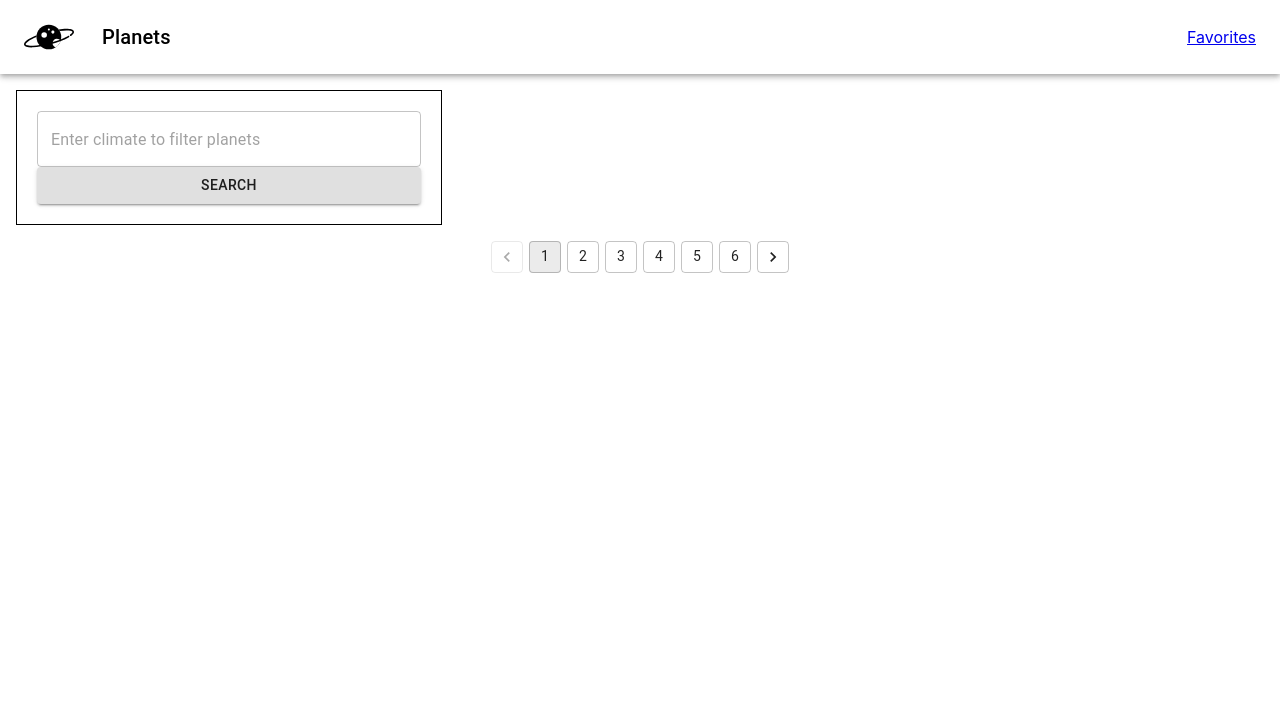
Repository: samridhie01/assignment
Page: /
The author's editor kept a copy of each file at every save. The page is drawn from the files as they stood at one save, then again after the next save.
The browser window is 1280 px wide. The pictures show the whole page.
The page's requests for data from a server got no answer. The project was rebuilt for these pictures with package versions that can differ from the ones it lists, and the page was loaded fresh each time. A package was used in the major version that the imports need, not the one package.json lists. No one was signed in, and anything a server would have sent is missing. Also part of the build but not shown: src/components/planets/PlanetTile.tsx, src/components/planets/Planets.tsx, src/components/details/SpecificPlanetRetrievalService.ts, src/components/details/Details.tsx, src/components/favorites/Favorites.tsx.

Above is the page before, as saved 2020-08-21 19:03:33.

### src/index.tsx
import React from 'react';
import ReactDOM from 'react-dom';
import './index.css';
import App from './components/app/App';
import * as serviceWorker from './serviceWorker';
import { BrowserRouter } from 'react-router-dom';
import { Provider } from 'react-redux';
import rootReducer from './reducers';
import { createStore } from 'redux';
import store from "../src/store/index"
import { addPlanetData } from './actions';



ReactDOM.render(
  <React.StrictMode>

    <BrowserRouter>
    <Provider store={store}>
    <App />
    </Provider>
    </BrowserRouter>

  </React.StrictMode>,
  document.getElementById('root')
);

// If you want your app to work offline and load faster, you can change
// unregister() to register() below. Note this comes with some pitfalls.
// Learn more about service workers: https://bit.ly/CRA-PWA
serviceWorker.unregister();

### src/components/app/App.tsx
import React, { useEffect, useState } from "react";
import { Route, Switch } from "react-router-dom";
import HomePage from "../homePage/HomePage";
import Details from "../details/Details";
import Favorites from "../favorites/Favorites";
import { PlanetData } from "../module/types";

const App = () => {
  const [favs, setFavs] = useState<PlanetData[]>([]);

  const addToFavs = (data: any) => {
    if(favs.includes(data)){
      return;
    }
      let newArr = [...favs, data];
      setFavs(newArr);
  };

  return (
    <main>
      <Switch>
        <Route
          exact
          path="/"
          render={() => <HomePage handleAddToFavs={addToFavs} />}
        />
        <Route path="/details" component={Details} />
        <Route path="/favs" render={() => <Favorites listOfFavs={favs} />} />
      </Switch>
    </main>
  );
};
export default App;

### src/store/index.ts
import {createStore} from 'redux';
import rootReducer from '../reducers/index';

const store = createStore(rootReducer);

export default store;

### src/components/homePage/HomePage.tsx
import React, { useEffect, useState, ChangeEvent } from "react";
import { useStyles } from "./HomePageStyle";
import Header from "../header/Header";
import Planets from "../planets/Planets";
import SearchBox from "../searchBox/SearchBox";
import { getPlanetData, getPlanetDataPage } from "./PlanetRetrievalService";
import Pagination from "@material-ui/lab/Pagination";
import { PlanetData } from "../module/types";
import { Box } from "@material-ui/core";

interface PlanetOverview {
  handleAddToFavs: (element: any) => void;
}

const HomePage: React.FC<PlanetOverview> = ({ handleAddToFavs }) => {
  const [planetData, setPlanetData] = useState<PlanetData[]>([]);

  const handleNewPage = (page: number) => {
    getPlanetDataPage(page).then(res => {
      setPlanetData(res.data.results);
    });
  };

  const fetchData = () => {
    getPlanetData().then(res => {
      setPlanetData(res.data.results);
      localStorage.setItem("planetData", res.data.results);
    });
  };

  useEffect(() => {
    fetchData();
  }, []);

  const handlePageChange = (event: ChangeEvent<unknown>, value: number) => {
    handleNewPage(value);
  };

  const updatePlanetSearchResult = (key: string | null) => {
    if (key == "") {
      fetchData();
      return;
    }
    const newData = planetData.filter(data => {
      if (
        key == null ||
        data.climate.toLowerCase().includes(key.toLowerCase())
      ) {
        return data;
      }
    });
    setPlanetData(newData);
  };

  const classes = useStyles();
  if (localStorage.getItem("planetData") != null) {
  }

  return (
    <>
      <Header path="/favs" linkName={"Favorites"} />
      <Box>
      <SearchBox handleSearch={updatePlanetSearchResult} />
        {planetData &&
          planetData.map((element: PlanetData, index: number) => {
            return (
              <Planets
                data={element}
                onSaveClick={() => {
                  handleAddToFavs(element);
                }}
              />
            );
          })}


      <Pagination
        count={6}
        defaultPage={1}
        variant="outlined"
        shape="rounded"
        className={classes.indexing}
        onChange={handlePageChange}
      />
      </Box>
    </>
  );
};
export default HomePage;

### src/reducers/index.ts
import { ADD_PLANETDATA } from '../constants/action-types';
import { PlanetActionTypes, Planet, PlanetState } from '../store/types';

const initialState: PlanetState = {
    planetData: []
};

function rootReducer(state=initialState, action:PlanetActionTypes):PlanetState{
    if(action.type == ADD_PLANETDATA){
        return{
            planetData: [...state.planetData, action.payload]
        }
    }
    return state;
}

export default rootReducer;

### src/components/homePage/HomePageStyle.ts
import { makeStyles, createStyles, Theme } from "@material-ui/core/styles";

export const useStyles = makeStyles((theme: Theme) =>
  createStyles({
    flexContainer: {
      display: "inline-flex",
      flex: "1 0 50%",
      textAlign: "center",
      padding: "10px",
      overflow: "hidden"
    },
    item: {
      alignSelf: "flex-end",
    },
    stopShrink: {
      alignSelf: "flex-start"
    },
    indexing: {
      display: "flex",
      justifyContent: "center"
    },
    title: {
      flexGrow: 1
    }
  })
);

### src/components/header/Header.tsx
import React from "react";
import AppBar from "@material-ui/core/AppBar";
import {Toolbar, makeStyles, createStyles, IconButton, Button,Theme} from "@material-ui/core";
import {ReactComponent as PlanetIcon} from "../../assets/planet.svg";
import Typography from "@material-ui/core/Typography";
import { Link } from "react-router-dom";

const useStyles = makeStyles((theme: Theme) =>
  createStyles({
    root: {
      flexGrow: 1,
    },
    menuButton: {
      marginRight: theme.spacing(2),
    },
    title: {
      flexGrow: 1,
    },
    logo: {
       width: 50,
       height: 50
      },
  }),
);

interface HeaderProps{
  path: string,
  linkName: string
}

const Header:React.FC<HeaderProps> = ({
  path,
  linkName
})=>{
    const classes=useStyles();
return(
<AppBar color="inherit"  position="static">
    <Toolbar>
        <IconButton edge="start" className={classes.menuButton} color="inherit" aria-label="menu">
        <PlanetIcon className={classes.logo}/>
        </IconButton>
        <Typography variant="h6" className={classes.title}>
            Planets
        </Typography>
         <Link to={{pathname: `${path}`}} color="inherit">{linkName}</Link>
        {/* <Link to={{pathname: `${path}`}} color="inherit">{linkName}</Link> */}
    </Toolbar>
</AppBar>
)


}

export default Header;

### src/components/searchBox/SearchBox.tsx
import React, { useState, useEffect } from "react";
import {
  Button,
  Box,
  TextField,
  Theme,
  makeStyles,
  createStyles
} from "@material-ui/core";

const useStyles = makeStyles((theme: Theme) =>
  createStyles({
    alignCenter:{
      justifyItems: "center"
    }

  })
);

interface Search {
  handleSearch: (key: string|null) => void;
}

const SearchBox: React.FC<Search> = ({ handleSearch }) => {
  const [searchItem, setSearchItem] = useState<string|null>("");
  const handleSearchChange = (event: any) => {
    setSearchItem(event.target.value);

  };

  const classes = useStyles();
  return (
    <>
      <Box
        height="250%"
        border={1}
        m={2}
        display="inline-flex"
        flexDirection="column"
        width="30%"
        padding="20px"
      >
        <TextField
          variant="outlined"
          onChange={handleSearchChange}
          placeholder="Enter climate to filter planets"
          className={classes.alignCenter}
        />
        <Button
          variant="contained"
          onClick={() => {
            handleSearch(searchItem);
          }}
          fullWidth={false}
        >
          Search
        </Button>
      </Box>
    </>
  );
};

export default SearchBox;

### src/components/homePage/PlanetRetrievalService.ts
import axios from "axios";

const currentVersion = "2";
let data = localStorage.getItem("data");
let version = localStorage.getItem("version");

export const getPlanetData = async () => {
  const res = await axios({
    method: "GET",
    url: `https://swapi.dev/api/planets`
  });
  return res;
};

export const getPlanetDataPage = async (page: number) => {
  const res = await axios({
    method: "GET",
    url: `http://swapi.dev/api/planets/?page=${page}`
  });
  return res;
};

### src/constants/action-types.ts
export const ADD_PLANETDATA="ADD_PLANETDATA"

Loaded but not shown: public/index.html (common file); src/index.css (common file); src/serviceWorker.ts (common file)

After the next save:
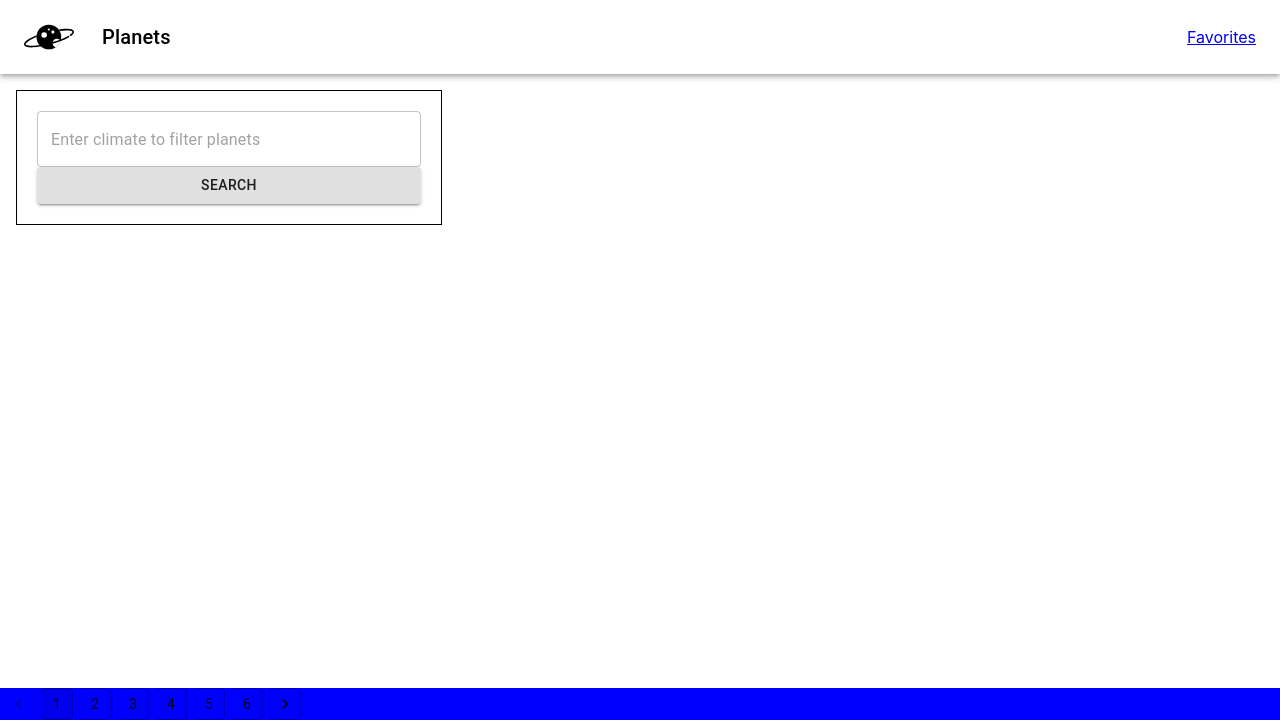
Saved 2 min 36 s later.
--- a/src/components/homePage/HomePageStyle.ts
+++ b/src/components/homePage/HomePageStyle.ts
@@ -16,8 +16,11 @@
       alignSelf: "flex-start"
     },
     indexing: {
-      display: "flex",
-      justifyContent: "center"
+      background: "blue",
+      position: "absolute",
+      bottom: "0",
+      left:"0",
+      right:"0"
     },
     title: {
       flexGrow: 1

After the 2 saves that followed:
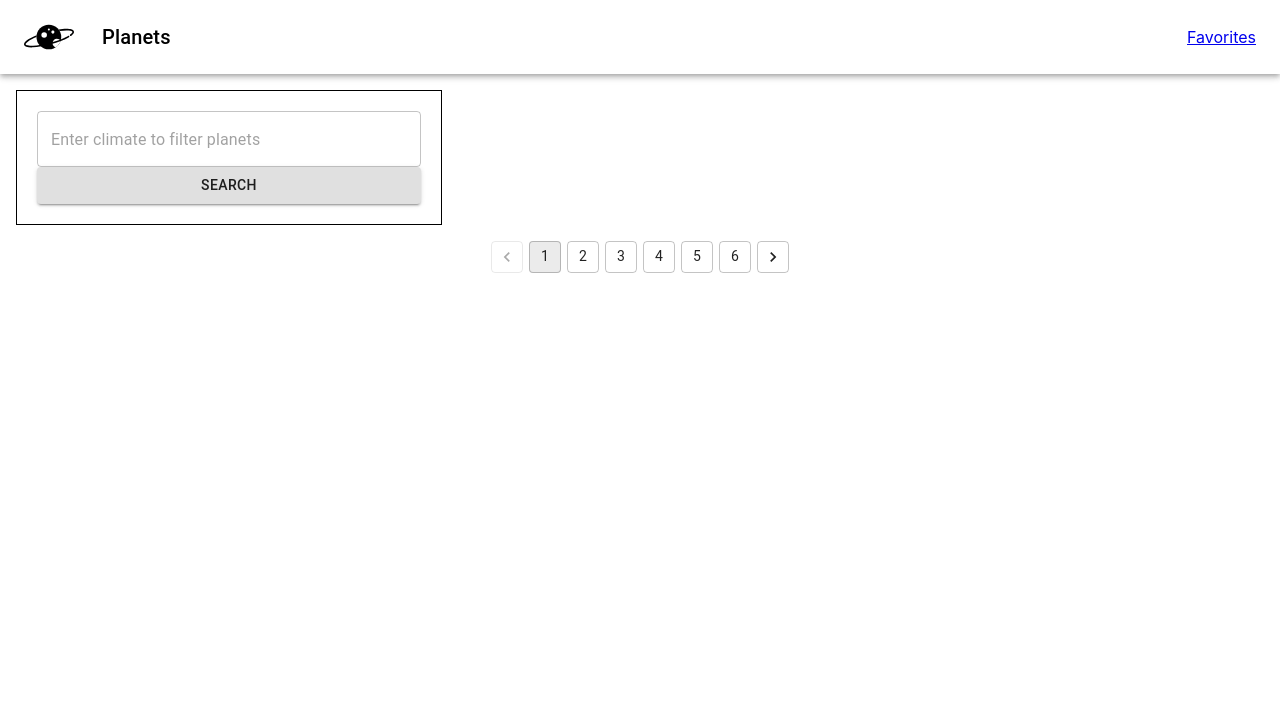
The 2 saves are shown as one change because 1 left the picture as it was.
The last was saved 44 s later.
--- a/src/components/homePage/HomePage.tsx
+++ b/src/components/homePage/HomePage.tsx
@@ -72,7 +72,7 @@ const HomePage: React.FC<PlanetOverview> = ({ handleAddToFavs }) => {
               />
             );
           })}
-
+      </Box>
 
       <Pagination
         count={6}
@@ -82,7 +82,6 @@ const HomePage: React.FC<PlanetOverview> = ({ handleAddToFavs }) => {
         className={classes.indexing}
         onChange={handlePageChange}
       />
-      </Box>
     </>
   );
 };
--- a/src/components/homePage/HomePageStyle.ts
+++ b/src/components/homePage/HomePageStyle.ts
@@ -7,7 +7,8 @@
       flex: "1 0 50%",
       textAlign: "center",
       padding: "10px",
-      overflow: "hidden"
+      overflow: "hidden",
+
     },
     item: {
       alignSelf: "flex-end",
@@ -16,11 +17,8 @@
       alignSelf: "flex-start"
     },
     indexing: {
-      background: "blue",
-      position: "absolute",
-      bottom: "0",
-      left:"0",
-      right:"0"
+      display: "flex",
+      justifyContent: "center"
     },
     title: {
       flexGrow: 1
